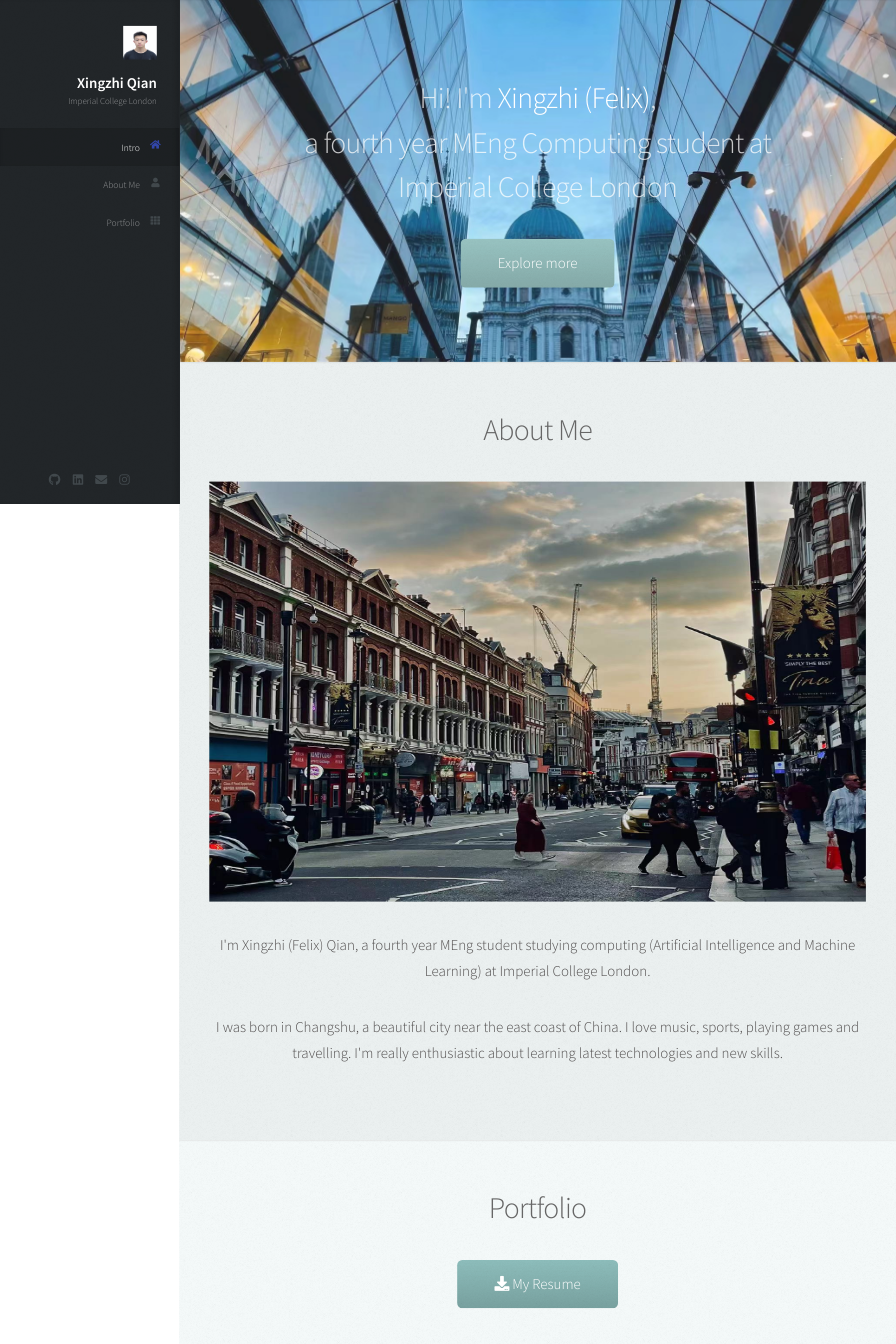
Repository: Felixqxz/Felixqxz.github.io
Page: index.html
These files come from the project's save history. The page is drawn as it stood at one moment and after the next save; the edit follows.
The browser window is 1280 px wide. The pictures show the part of the page from y = 0 to 1920 px (the page is 5766 px tall before and 5734 px after), at 70% of full size.

Above is the page before, as saved 2022-08-02 15:15:11.

After the next save:
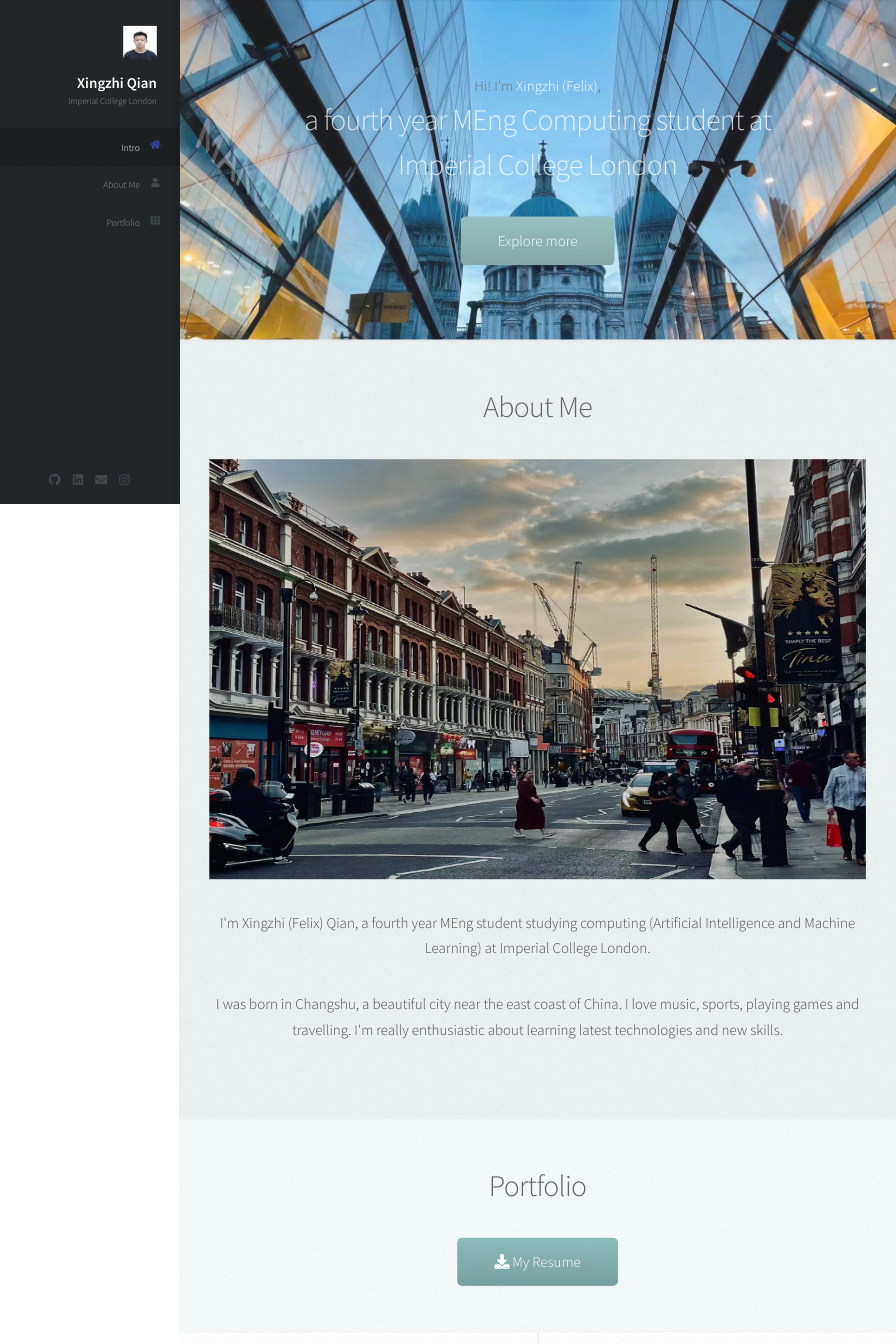
Saved 70 s later.
--- a/index.html
+++ b/index.html
@@ -59,7 +59,7 @@
 						<div class="container">
 
 							<header>
-								<h2 class="alt">Hi! I'm <strong>Xingzhi (Felix)</strong>,</h2>
+								<h1 class="alt">Hi! I'm <strong>Xingzhi (Felix)</strong>,</h1>
 								<h2>a fourth year MEng Computing student at</h2>
 								<h2>Imperial College London</h2>
 							</header>

After the 2 saves that followed:
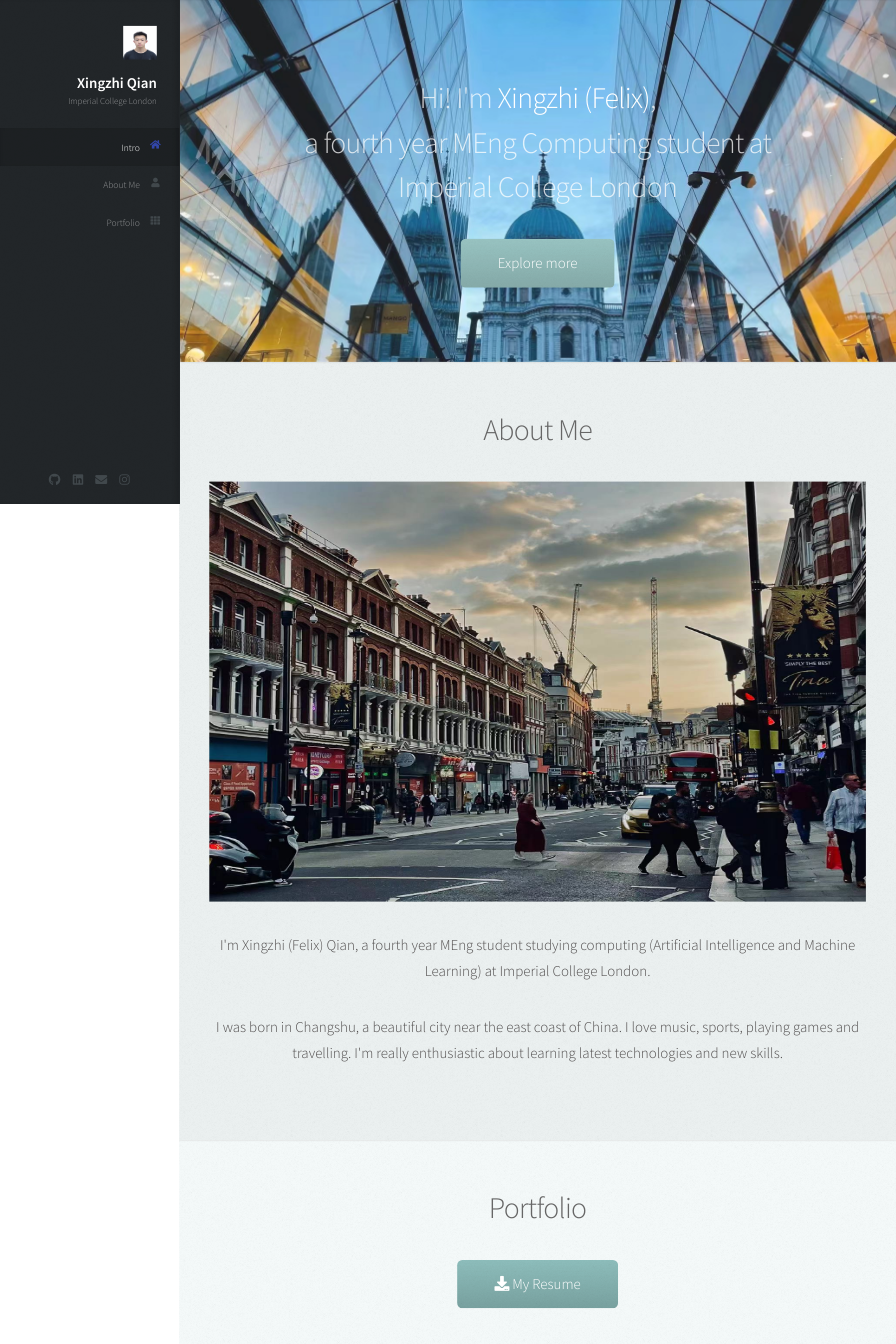
The 2 saves are shown as one change because they came seconds apart.
The last was saved 7 s later.
--- a/index.html
+++ b/index.html
@@ -59,7 +59,7 @@
 						<div class="container">
 
 							<header>
-								<h1 class="alt">Hi! I'm <strong>Xingzhi (Felix)</strong>,</h1>
+								<h2 class="alt">Hi! I'm <strong>Xingzhi (Felix)</strong>,</h2>
 								<h2>a fourth year MEng Computing student at</h2>
 								<h2>Imperial College London</h2>
 							</header>
